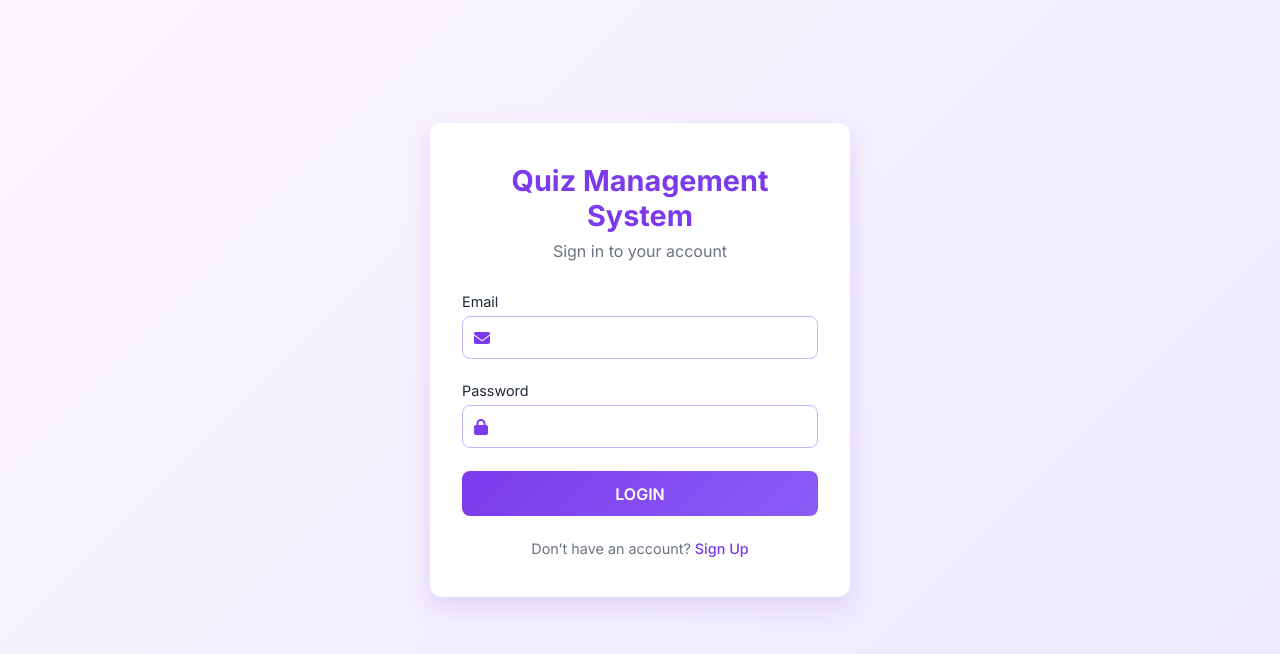
Repository: vrunda-16/Web_Based_Quiz_App
Page: http://localhost/QMS_UI/
The author's editor kept a copy of each file at every save. The page is drawn from the files as they stood at one save, then again after the next save.
The browser window is 1280 px wide. The pictures show the whole page.
The page is served by Tomcat 10.

Above is the page before, as saved 2026-01-01 12:58:45.

After the next save:
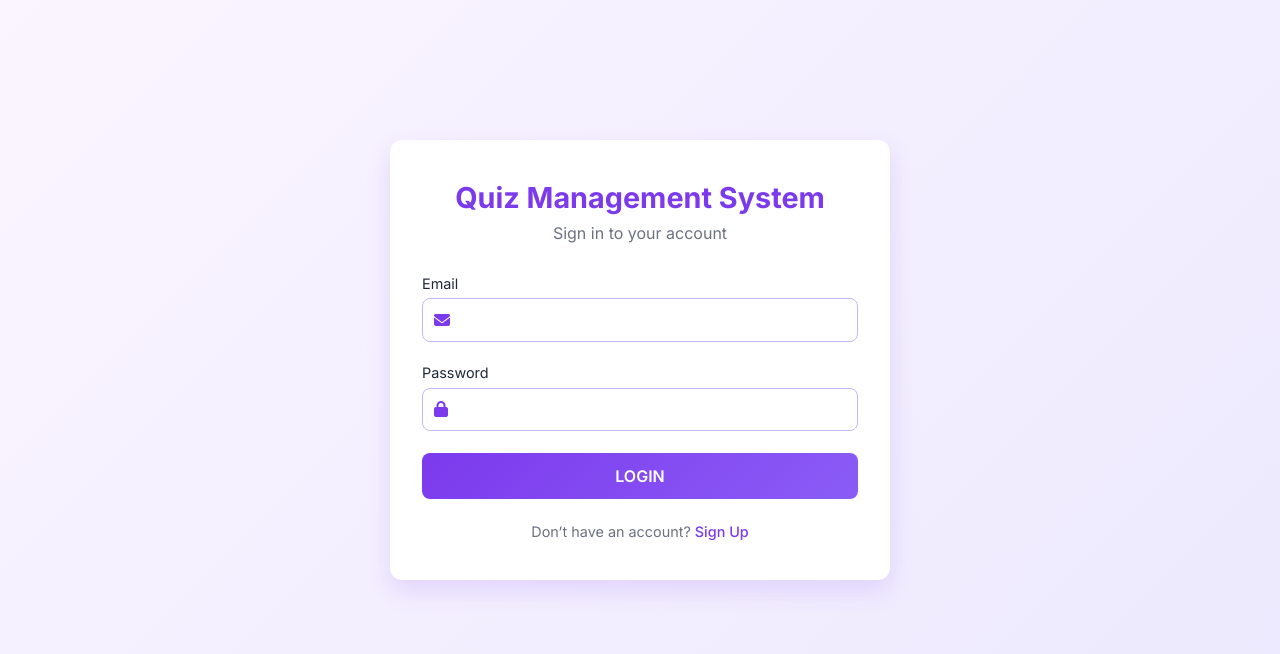
Saved 25 min 56 s later.
--- a/QMS(UI Final)/QMS_UI/src/main/webapp/index.jsp
+++ b/QMS(UI Final)/QMS_UI/src/main/webapp/index.jsp
@@ -42,7 +42,7 @@ body {
 .login-card {
     background: var(--white);
     width: 100%;
-    max-width: 420px;
+    max-width: 500px;
     padding: 2.5rem 2rem;
     border-radius: 12px;
     box-shadow: 0 10px 25px rgba(124, 58, 237, 0.15);
